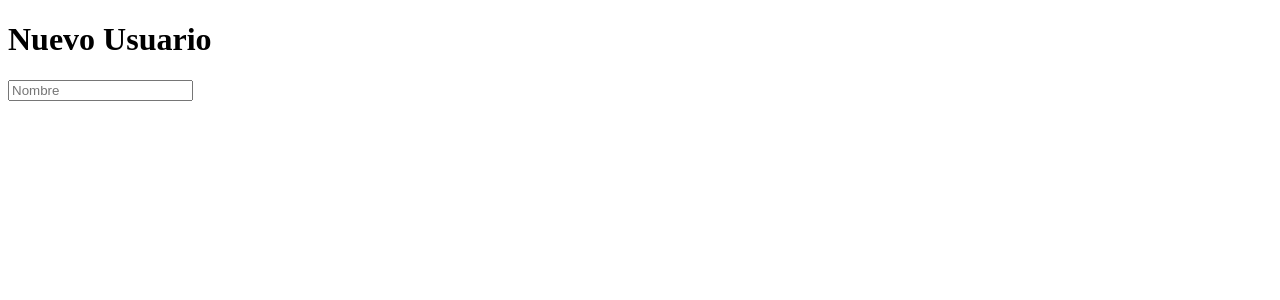
Repository: anagut/java-web
Page: http://localhost/HelloLogin/nuevousuario.jsp
An editor plug-in stored every save of this project. The page is shown before and after the next save, followed by the edit.
The browser window is 1280 px wide. The pictures show the whole page.
The page is served by Tomcat 9. Other server files are loaded and not shown.

Above is the page before, as saved 2018-11-15 08:53:38.

### HelloLogin/WebContent/nuevousuario.jsp
<%@ page language="java" contentType="text/html; charset=UTF-8"
    pageEncoding="UTF-8"%>
<!DOCTYPE html>
<html>
<head>
<meta charset="UTF-8">
<title>Nuevo Usuario</title>
</head>
<body>
	<h1>Nuevo Usuario</h1>
	<form action="" method="POST">
	<div>
	<input type="text" placeholder="Nombre" name="nombre" id="nombre" required/>
	</div>
	</form>
</body>
</html>

After the next save:
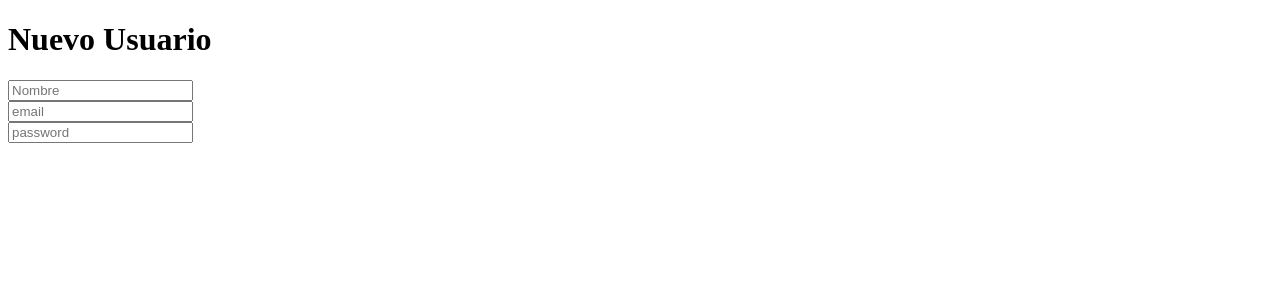
Saved 53 s later.
--- a/HelloLogin/WebContent/nuevousuario.jsp
+++ b/HelloLogin/WebContent/nuevousuario.jsp
@@ -12,6 +12,12 @@
 	<div>
 	<input type="text" placeholder="Nombre" name="nombre" id="nombre" required/>
 	</div>
+	<div>
+	<input type="email" placeholder="email" name="email" id="email" required/>
+	</div>
+	<div>
+	<input type="password" placeholder="password" name="password" id="password" required/>
+	</div>
 	</form>
 </body>
 </html>
